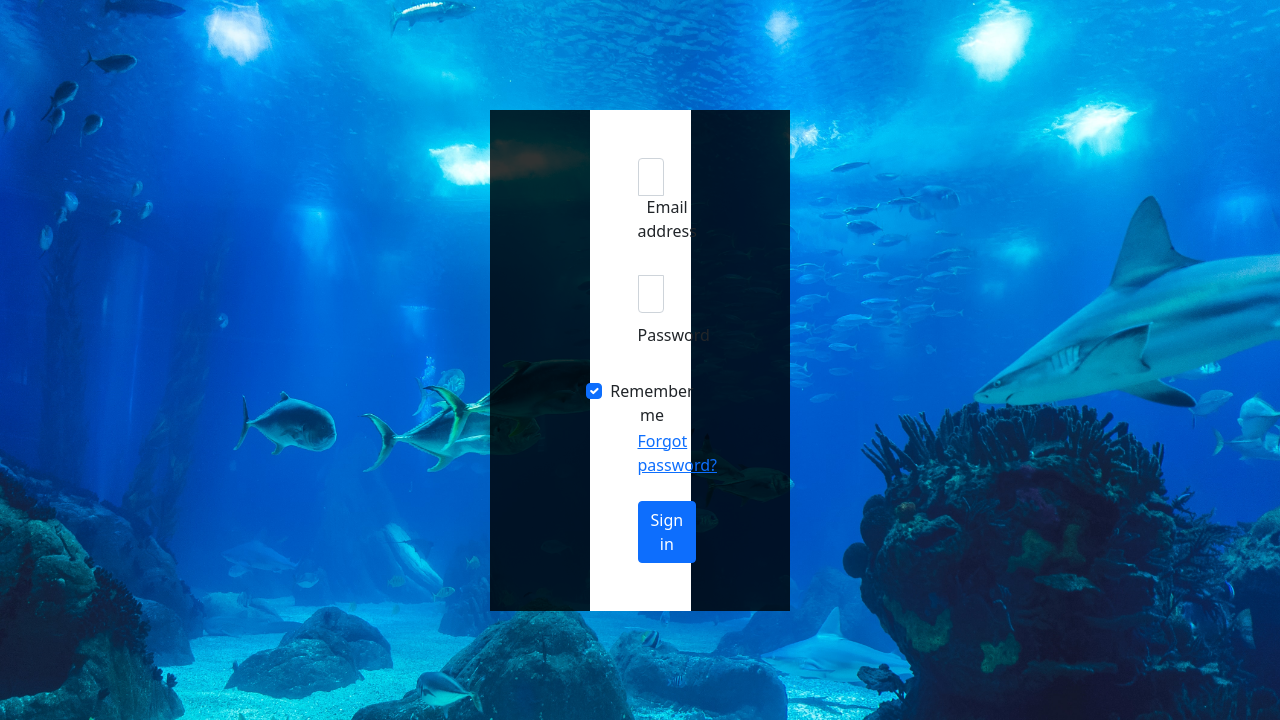
Repository: Elie-Dey/airblio
Page: index.html
An editor plug-in stored every save of this project. The page is shown before and after the next save, followed by the edit.
The browser window is 1280 px wide. The pictures show the whole page.

Above is the page before, as saved 2022-03-30 16:30:02.

After the next save:
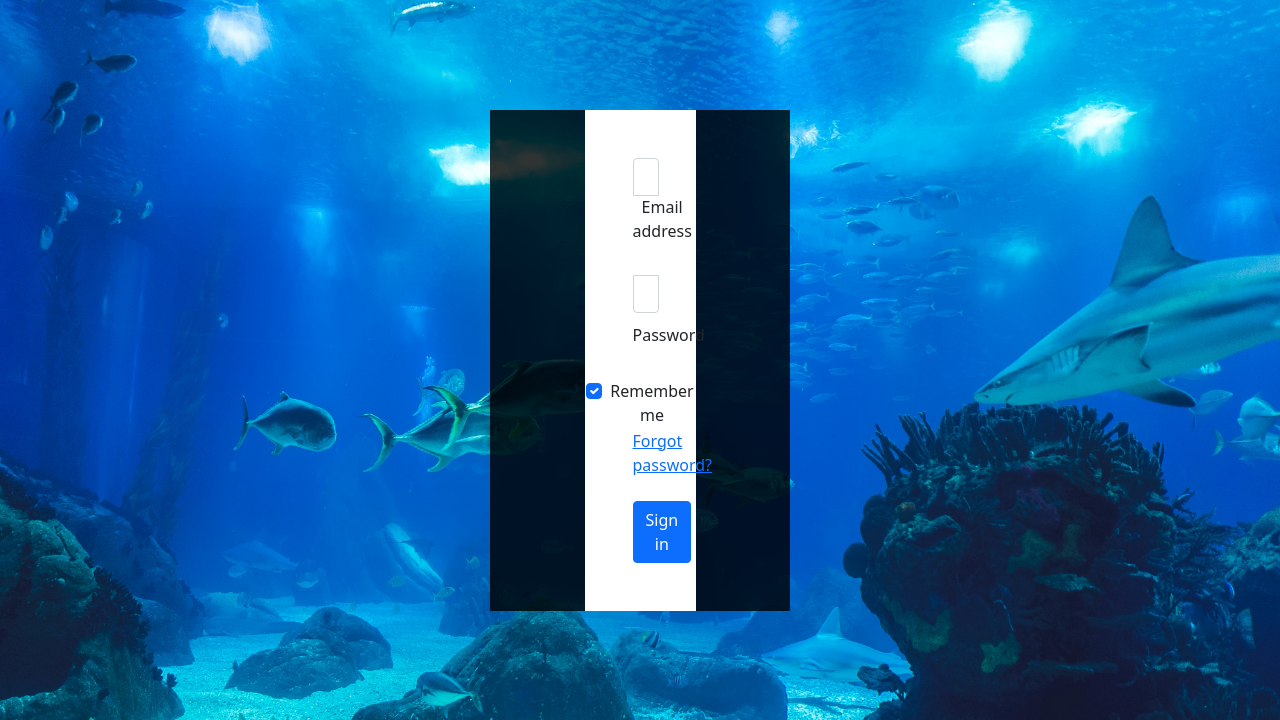
Saved 56 s later.
--- a/index.html
+++ b/index.html
@@ -84,69 +84,61 @@
 
         <p class="mt-5 mb-3 text-muted">Powered By SMART CONSULTING</p>
       </form> -->
-      <div id="intro" class="bg-image shadow-2-strong">
+      <div id="intro" class="shadow-2-strong">
         <div
           class="mask d-flex align-items-center h-100"
           style="background-color: rgba(0, 0, 0, 0.8)"
         >
-          <div class="container">
-            <div class="row justify-content-center">
-              <div class="col-xl-5 col-md-8">
-                <form class="bg-white rounded-5 shadow-5-strong p-5">
-                  <!-- Email input -->
-                  <div class="form-outline mb-4">
-                    <input
-                      type="email"
-                      id="form1Example1"
-                      class="form-control"
-                    />
-                    <label class="form-label" for="form1Example1"
-                      >Email address</label
-                    >
-                  </div>
+          <div class="row justify-content-center">
+            <div class="col-xl-5 col-md-8">
+              <form class="bg-white rounded-5 shadow-5-strong p-5">
+                <!-- Email input -->
+                <div class="form-outline mb-4">
+                  <input type="email" id="form1Example1" class="form-control" />
+                  <label class="form-label" for="form1Example1"
+                    >Email address</label
+                  >
+                </div>
 
-                  <!-- Password input -->
-                  <div class="form-outline mb-4">
-                    <input
-                      type="password"
-                      id="form1Example2"
-                      class="form-control"
-                    />
-                    <label class="form-label" for="form1Example2"
-                      >Password</label
-                    >
-                  </div>
+                <!-- Password input -->
+                <div class="form-outline mb-4">
+                  <input
+                    type="password"
+                    id="form1Example2"
+                    class="form-control"
+                  />
+                  <label class="form-label" for="form1Example2">Password</label>
+                </div>
 
-                  <!-- 2 column grid layout for inline styling -->
-                  <div class="row mb-4">
-                    <div class="col d-flex justify-content-center">
-                      <!-- Checkbox -->
-                      <div class="form-check">
-                        <input
-                          class="form-check-input"
-                          type="checkbox"
-                          value=""
-                          id="form1Example3"
-                          checked
-                        />
-                        <label class="form-check-label" for="form1Example3">
-                          Remember me
-                        </label>
-                      </div>
-                    </div>
-
-                    <div class="col text-center">
-                      <!-- Simple link -->
-                      <a href="#!">Forgot password?</a>
+                <!-- 2 column grid layout for inline styling -->
+                <div class="row mb-4">
+                  <div class="col d-flex justify-content-center">
+                    <!-- Checkbox -->
+                    <div class="form-check">
+                      <input
+                        class="form-check-input"
+                        type="checkbox"
+                        value=""
+                        id="form1Example3"
+                        checked
+                      />
+                      <label class="form-check-label" for="form1Example3">
+                        Remember me
+                      </label>
                     </div>
                   </div>
 
-                  <!-- Submit button -->
-                  <button type="submit" class="btn btn-primary btn-block">
-                    Sign in
-                  </button>
-                </form>
-              </div>
+                  <div class="col text-center">
+                    <!-- Simple link -->
+                    <a href="#!">Forgot password?</a>
+                  </div>
+                </div>
+
+                <!-- Submit button -->
+                <button type="submit" class="btn btn-primary btn-block">
+                  Sign in
+                </button>
+              </form>
             </div>
           </div>
         </div>
